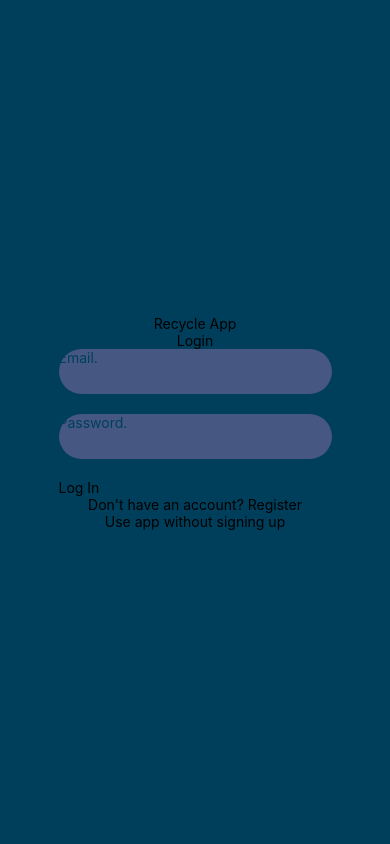
Repository: ct-pham/COMP4511
Screen: / (app in comp4511/)
The author's editor kept a copy of each file at every save. The screen is drawn from the files as they stood at one save, then again after the next save.
The app was drawn by React Native's web renderer in a window 390 px wide. The project was rebuilt for these pictures with package versions that can differ from the ones it lists, and the page was loaded fresh each time.

Above is the screen before, as saved 2022-11-07 15:30:46.

### comp4511/App.js

// import { NavigationContainer } from 'react-navigation/native';
// import { createNativeStackNavigator } from 'react-navigation/native-stack';
import Login from './Components/Login';
//import Register from './Components/Register';

export default function App() {
  return (
    // <NavigationContainer>
    //   <Stack.Navigator initialRouteName="Home">
    //     <Stack.Screen name="Login" component={Login} />
    //     <Stack.Screen name="Register" component={Register} />
    //   </Stack.Navigator>
    // </NavigationContainer>
    <Login />
  );
}

### comp4511/Components/Login.js
import {
    StyleSheet,
    Text,
    View,
    TextInput,
    TouchableOpacity,
} from 'react-native';

import Icon from 'react-native-vector-icons/Ionicons';

export default function Login( {navigation}) {
    return (
        <View style={styles.container}>

            <Text>Recycle App</Text>
            <Text>Login</Text>
            <View style={styles.inputView}>
                <TextInput
                    style={styles.TextInput}
                    placeholder="Email."
                    placeholderTextColor="#003f5c"
                />
            </View>

            <View style={styles.inputView}>
                <TextInput
                    style={styles.TextInput}
                    placeholder="Password."
                    placeholderTextColor="#003f5c"
                    secureTextEntry={true}
                />
            </View>

            <TouchableOpacity style = {styles.button}>
                <Text style={styles.loginBtn}>Log In</Text>
            </TouchableOpacity>

            <TouchableOpacity
                onPress = {console.log('Register')}
            >
                <Text style={styles.loginBtn}>Don't have an account? Register</Text>
            </TouchableOpacity>

            <TouchableOpacity>
                <Text style={styles.loginBtn}>Use app without signing up</Text>
            </TouchableOpacity>

        </View>
    );
}

const styles = StyleSheet.create({
    container: {
        flex: 1,
        backgroundColor: '#003f5c',
        alignItems: 'center',
        justifyContent: 'center',
    },
    inputView: {
        backgroundColor: '#465881',
        borderRadius: 30,
        width: '70%',
        height: 45,
        marginBottom: 20,
    },
    button: {
        width: '70%',
        borderRadius: 25,
    }
});

After the next save:
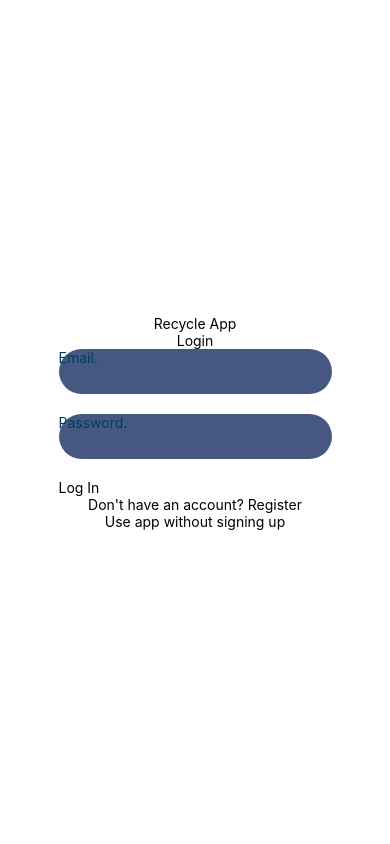
Saved 2 min 17 s later.
--- a/comp4511/Components/Login.js
+++ b/comp4511/Components/Login.js
@@ -52,7 +52,7 @@ export default function Login( {navigation}) {
 const styles = StyleSheet.create({
     container: {
         flex: 1,
-        backgroundColor: '#003f5c',
+        backgroundColor: '#ffffff',
         alignItems: 'center',
         justifyContent: 'center',
     },
